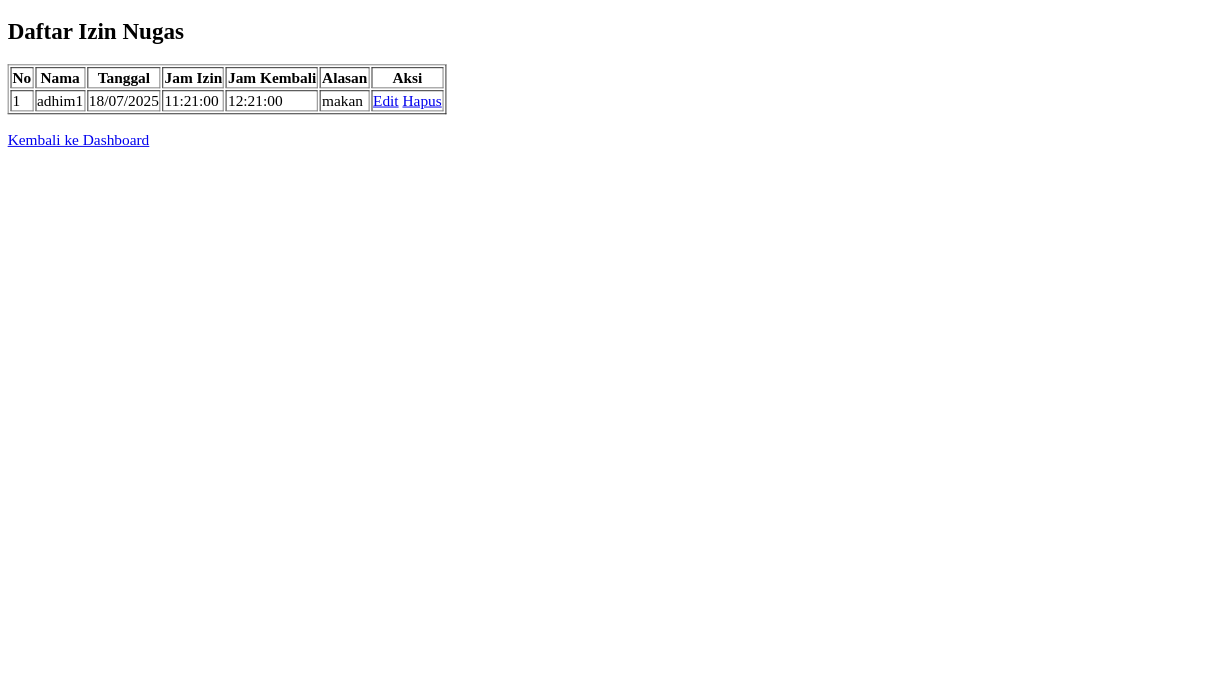
Repository: fatkquladhim/multimedia_app
Page: http://localhost/admin/izin_nugas/izin-nugas.php
An editor plug-in stored every save of this project. The page is shown before and after the next save, followed by the edit.
The browser window is 1280 px wide. The pictures show the whole page, at 96% of full size.
Some web libraries are served in a nearby version. The page is run by PHP 8.4 with error messages shown; the project is at /var/www/html/. The session is filled in as if someone had signed in: {"user_id": 2, "username": "asep", "role": "admin"}. Other server files are loaded and not shown. The database holds what the project's SQL file puts in it.

Above is the page before, as saved 2025-07-18 22:59:17.

### admin/izin_nugas/izin-nugas.php
<?php
session_start();
if (!isset($_SESSION['user_id']) || $_SESSION['role'] !== 'admin') {
    header('Location: ../../auth/login.php');
    exit;
}

require_once '../../includes/db_config.php';
$conn = new mysqli(DB_HOST, DB_USER, DB_PASS, DB_NAME);

// Ambil daftar izin nugas
$query = "SELECT im.*, a.nama
          FROM izin_nugas im
          LEFT JOIN anggota a ON im.id_anggota = a.id
          ORDER BY im.tanggal DESC";
$result = $conn->query($query);
?>

<!DOCTYPE html>
<html>
<head>
    <title>Daftar Izin Nugas</title>
</head>
<body>
    <h2>Daftar Izin Nugas</h2>

    <?php
    if (isset($_GET['status']) && isset($_GET['message'])) {
        echo "<div class='alert'>" . htmlspecialchars($_GET['message']) . "</div>";
    }
    ?>

    <table border="1">
        <thead>
            <tr>
                <th>No</th>
                <th>Nama</th>
                <!-- NIM column removed -->
                <th>Tanggal</th>
                <th>Jam Izin</th>
                <th>Jam Kembali</th>
                <th>Alasan</th>
                <th>Aksi</th>
            </tr>
        </thead>
        <tbody>
            <?php
            $no = 1;
            while($row = $result->fetch_assoc()):
            ?>
            <tr>
                <td><?php echo $no++; ?></td>
                <td><?php echo htmlspecialchars($row['nama']); ?></td>
                <!-- NIM value removed -->
                <td><?php echo date('d/m/Y', strtotime($row['tanggal'])); ?></td>
                <td><?php echo htmlspecialchars($row['jam_izin']); ?></td>
                <td><?php echo htmlspecialchars($row['jam_selesai_izin']); ?></td>
                <td><?php echo htmlspecialchars($row['alasan']); ?></td>
                <td>
                    <a href="izin-nugas-edit.php?id=<?php echo $row['id']; ?>">Edit</a>
                    <a href="izin-nugas-hapus.php?id=<?php echo $row['id']; ?>"
                       onclick="return confirm('Apakah Anda yakin ingin menghapus izin ini?')">Hapus</a>
                </td>
            </tr>
            <?php endwhile; ?>
        </tbody>
    </table>

    <br>
    <a href="../dashboard.php">Kembali ke Dashboard</a>
</body>
</html>

<?php $conn->close(); ?>

### includes/db_config.php
<?php
// Konfigurasi database
define('DB_HOST', 'localhost');
define('DB_USER', 'root'); // ganti jika user database Anda berbeda
define('DB_PASS', '');     // ganti jika ada password database
define('DB_NAME', 'db_multimedia'); // nama database
?>

### db_multimedia (2).sql (the tables this page reads)
CREATE TABLE `anggota` (
  `id` int(11) NOT NULL,
  `nama` varchar(255) NOT NULL,
  `foto` varchar(255) NOT NULL,
  `alamat` text NOT NULL,
  `email` varchar(255) NOT NULL,
  `no_hp` varchar(15) NOT NULL,
  `id_user` int(11) NOT NULL
) ENGINE=InnoDB DEFAULT CHARSET=utf8mb4 COLLATE=utf8mb4_general_ci;

INSERT INTO `anggota` (`id`, `nama`, `foto`, `alamat`, `email`, `no_hp`, `id_user`) VALUES
(21, 'adhim1', 'Feed IG Zapen (Harlah).jpg', 'maloang', 'fatquladhim@gmail.com', '8925489', 21);

ALTER TABLE `anggota`
  ADD PRIMARY KEY (`id`),
  ADD KEY `id_user` (`id_user`);

ALTER TABLE `anggota`
  MODIFY `id` int(11) NOT NULL AUTO_INCREMENT, AUTO_INCREMENT=23;

ALTER TABLE `anggota`
  ADD CONSTRAINT `anggota_ibfk_1` FOREIGN KEY (`id_user`) REFERENCES `users` (`id`) ON DELETE CASCADE;

CREATE TABLE `izin_nugas` (
  `id` int(11) NOT NULL,
  `id_anggota` int(11) DEFAULT NULL,
  `tanggal` date DEFAULT NULL,
  `jam_izin` time DEFAULT NULL,
  `jam_selesai_izin` time DEFAULT NULL,
  `alasan` text DEFAULT NULL
) ENGINE=InnoDB DEFAULT CHARSET=utf8mb4 COLLATE=utf8mb4_general_ci;

INSERT INTO `izin_nugas` (`id`, `id_anggota`, `tanggal`, `jam_izin`, `jam_selesai_izin`, `alasan`) VALUES
(2, 21, '2025-07-18', '11:21:00', '12:21:00', 'makan');

ALTER TABLE `izin_nugas`
  ADD PRIMARY KEY (`id`),
  ADD KEY `id_anggota` (`id_anggota`);

ALTER TABLE `izin_nugas`
  MODIFY `id` int(11) NOT NULL AUTO_INCREMENT, AUTO_INCREMENT=4;

ALTER TABLE `izin_nugas`
  ADD CONSTRAINT `izin_nugas_ibfk_1` FOREIGN KEY (`id_anggota`) REFERENCES `anggota` (`id`);

### admin/header.php
    <?php
    // includes/header.php
    // Pastikan session sudah dimulai di file yang meng-include ini
    ?>
    <!DOCTYPE html>
    <html lang="en">
    <head>
        <meta charset="UTF-8">
        <meta name="viewport" content="width=device-width, initial-scale=1.0">
        <title>Admin Dashboard</title> <!-- Sesuaikan judul per halaman -->
        <script src="https://cdn.tailwindcss.com"></script>
        <link href="https://cdnjs.cloudflare.com/ajax/libs/font-awesome/6.0.0/css/all.min.css" rel="stylesheet">
        <script>
            tailwind.config = {
                darkMode: 'class',
                theme: {
                    extend: {
                        colors: {
                            'light-blue': {
                                50: '#f0f9ff',
                                100: '#e0f2fe',
                                200: '#bae6fd',
                                300: '#7dd3fc',
                                400: '#38bdf8',
                                500: '#0ea5e9',
                                600: '#0284c7',
                                700: '#0369a1',
                                800: '#075985',
                                900: '#0c4a6e'
                            }
                        }
                    }
                }
            }
        </script>
        <style>
            /* Styles from dashboard.php */
            .sidebar {
                transition: all 0.4s cubic-bezier(0.4, 0, 0.2, 1);
            }
            .main-content-area {
                transition: all 0.4s cubic-bezier(0.4, 0, 0.2, 1);
            }
            .sidebar-nav-item {
                transition: all 0.3s ease-in-out;
            }
            .dark-mode-transition {
                transition: background-color 0.3s ease, color 0.3s ease;
            }
            .gradient-bg {
                background: linear-gradient(135deg, #e0f2fe 0%, #bae6fd 100%);
            }
            .dark .gradient-bg {
                background: linear-gradient(135deg, #1e293b 0%, #334155 100%);
            }
            .glass-effect {
                backdrop-filter: blur(10px);
                background: rgba(255, 255, 255, 0.9);
            }
            .dark .glass-effect {
                background: rgba(30, 41, 59, 0.9);
            }
            .hover-scale {
                transition: transform 0.2s ease;
            }
            .hover-scale:hover {
                transform: scale(1.02);
            }
            .animate-fade-in {
                animation: fadeIn 0.5s ease-in-out;
            }
            @keyframes fadeIn {
                from {
                    opacity: 0;
                    transform: translateY(10px);
                }
                to {
                    opacity: 1;
                    transform: translateY(0);
                }
            }
            .mobile-menu {
                transform: translateX(-100%);
                transition: transform 0.3s ease;
            }
            .mobile-menu.active {
                transform: translateX(0);
            }
            @media (max-width: 768px) {
                .sidebar {
                    position: fixed;
                    top: 0;
                    left: 0;
                    height: 100vh;
                    z-index: 50;
                    transform: translateX(-100%);
                }
                .sidebar.active {
                    transform: translateX(0);
                }
                .sidebar-overlay {
                    position: fixed;
                    top: 0;
                    left: 0;
                    width: 100%;
                    height: 100%;
                    background: rgba(0, 0, 0, 0.5);
                    z-index: 40;
                    opacity: 0;
                    visibility: hidden;
                    transition: all 0.3s ease;
                }
                .sidebar-overlay.active {
                    opacity: 1;
                    visibility: visible;
                }
            }
            /* Specific styles for forms/tables if needed */
            table { width: 100%; border-collapse: collapse; margin-top: 20px; }
            th, td { padding: 8px; border: 1px solid #ddd; text-align: left; }
            th { background-color: #f2f2f2; }
            .alert { padding: 10px; margin-bottom: 15px; border-radius: 4px; }
            .alert-success { background-color: #d4edda; color: #155724; border: 1px solid #c3e6cb; }
            .alert-error, .alert-danger { background-color: #f8d7da; color: #721c24; border: 1px solid #f5c6cb; }
            .form-group { margin-bottom: 10px; }
            input[type="text"], input[type="email"], input[type="password"], input[type="number"], input[type="date"], input[type="time"], select, textarea {
                width: 100%; max-width: 300px; padding: 8px; border: 1px solid #ccc; border-radius: 4px; box-sizing: border-box;
            }
            button { padding: 10px 15px; background-color: #0ea5e9; color: white; border: none; border-radius: 4px; cursor: pointer; }
            button:hover { background-color: #0284c7; }
            a { text-decoration: none; color: #007bff; }
            a:hover { text-decoration: underline; }
        </style>
    </head>
    <body class="gradient-bg dark-mode-transition">
        <div id="sidebarOverlay" class="sidebar-overlay md:hidden"></div>
        <div class="min-h-screen flex">
            <!-- Sidebar -->
            <?php include 'sidebar.php'; ?>
            <!-- Main Content Area -->
            <div id="mainContentArea" class="flex-1 flex flex-col main-content-area">
                <!-- Header -->
                <header class="bg-white dark:bg-slate-800 shadow-sm p-4 md:p-6 glass-effect">
                    <div class="flex items-center justify-between">
                        <div class="flex items-center space-x-4">
                            <button id="mobileMenuToggle" class="md:hidden p-2 text-gray-600 dark:text-gray-300 hover:text-gray-800 dark:hover:text-white focus:outline-none">
                                <i class="fas fa-bars text-xl"></i>
                            </button>
                            <button id="sidebarToggle" class="hidden md:block p-2 text-gray-600 dark:text-gray-300 hover:text-gray-800 dark:hover:text-white focus:outline-none">
                                <i class="fas fa-bars text-xl"></i>
                            </button>
                            <div class="hidden md:block">
                                <h1 class="text-xl md:text-2xl font-bold text-gray-800 dark:text-white">
                                    <?php echo basename($_SERVER['PHP_SELF'], '.php'); ?> <!-- Dynamic title -->
                                </h1>
                            </div>
                        </div>
                        <div class="flex items-center space-x-2 md:space-x-4">
                            <button id="darkModeToggle" class="p-2 text-gray-600 dark:text-gray-300 hover:text-gray-800 dark:hover:text-white focus:outline-none">
                                <i class="fas fa-moon text-xl dark:hidden"></i>
                                <i class="fas fa-sun text-xl hidden dark:block"></i>
                            </button>
                            <button class="p-2 text-gray-600 dark:text-gray-300 hover:text-gray-800 dark:hover:text-white">
                                <i class="fas fa-bell text-xl"></i>
                            </button>
                            <div class="w-8 h-8 md:w-10 md:h-10 bg-light-blue-300 rounded-full overflow-hidden">
                                <img src="https://via.placeholder.com/40x40" alt="Profile" class="w-full h-full object-cover">
                            </div>
                        </div>
                    </div>
                </header>
                <main class="flex-1 p-4 md:p-6">

### admin/sidebar.php
    <?php
    // includes/sidebar.php
    // Pastikan session sudah dimulai di file yang meng-include ini
    // if (!isset($_SESSION['user_id']) || $_SESSION['role'] !== 'admin') {
    //     header('Location: ../auth/login.php');
    //     exit;
    // }
    ?>
    <div id="sidebar" class="w-64 bg-white dark:bg-slate-800 shadow-xl flex-shrink-0 sidebar transition-all duration-300 overflow-hidden glass-effect">
        <div class="p-4 flex items-center justify-between border-b border-light-blue-100 dark:border-slate-700">
            <div class="flex items-center space-x-3">
                <div class="w-10 h-10 bg-light-blue-500 rounded-lg flex items-center justify-center">
                    <i class="fas fa-home text-white text-xl"></i>
                </div>
                <h1 class="text-xl font-bold text-gray-800 dark:text-white">Multimedia</h1>
            </div>
            <button id="closeSidebar" class="md:hidden p-2 text-gray-500 hover:text-gray-700 dark:text-gray-400 dark:hover:text-gray-200">
                <i class="fas fa-times"></i>
            </button>
        </div>

        <nav class="mt-6 px-4">
            <div class="space-y-2">
                <a href="../dashboard.php" class="flex items-center px-4 py-3 text-light-blue-600 bg-light-blue-50 dark:bg-light-blue-900 dark:text-light-blue-300 rounded-lg sidebar-nav-item hover-scale">
                    <i class="fas fa-tachometer-alt w-5 h-5 mr-3"></i>
                    <span class="font-medium">Dashboard</span>
                </a>

                <a href="../anggota/anggota.php" class="flex items-center px-4 py-3 text-gray-600 dark:text-gray-300 hover:text-light-blue-600 dark:hover:text-light-blue-400 hover:bg-light-blue-50 dark:hover:bg-slate-700 rounded-lg sidebar-nav-item hover-scale">
                    <i class="fas fa-users w-5 h-5 mr-3"></i>
                    <span class="font-medium">Manajemen Anggota</span>
                </a>

                <a href="../daftar alat/daftar-alat.php" class="flex items-center px-4 py-3 text-gray-600 dark:text-gray-300 hover:text-light-blue-600 dark:hover:text-light-blue-400 hover:bg-light-blue-50 dark:hover:bg-slate-700 rounded-lg sidebar-nav-item hover-scale">
                    <i class="fas fa-tools w-5 h-5 mr-3"></i>
                    <span class="font-medium">Manajemen Alat</span>
                </a>

                <a href="../peminjaman/peminjaman-barang.php" class="flex items-center px-4 py-3 text-gray-600 dark:text-gray-300 hover:text-light-blue-600 dark:hover:text-light-blue-400 hover:bg-light-blue-50 dark:hover:bg-slate-700 rounded-lg sidebar-nav-item hover-scale">
                    <i class="fas fa-handshake w-5 h-5 mr-3"></i>
                    <span class="font-medium">Peminjaman Barang</span>
                </a>

                <a href="../penyewaan/penyewaan-barang.php" class="flex items-center px-4 py-3 text-gray-600 dark:text-gray-300 hover:text-light-blue-600 dark:hover:text-light-blue-400 hover:bg-light-blue-50 dark:hover:bg-slate-700 rounded-lg sidebar-nav-item hover-scale">
                    <i class="fas fa-cash-register w-5 h-5 mr-3"></i>
                    <span class="font-medium">Penyewaan Barang</span>
                </a>

                <a href="../legalisasi laptop/legalisasi_list.php" class="flex items-center px-4 py-3 text-gray-600 dark:text-gray-300 hover:text-light-blue-600 dark:hover:text-light-blue-400 hover:bg-light-blue-50 dark:hover:bg-slate-700 rounded-lg sidebar-nav-item hover-scale">
                    <i class="fas fa-laptop w-5 h-5 mr-3"></i>
                    <span class="font-medium">Legalisasi Laptop</span>
                </a>
            </div>

            <div class="mt-8 mb-4">
                <h3 class="px-4 text-xs font-semibold text-gray-500 dark:text-gray-400 uppercase tracking-wider">
                    Tugas & Izin
                </h3>
            </div>

            <div class="space-y-2">
                <a href="../beri tugas/beri_tugas_form.php" class="flex items-center px-4 py-3 text-gray-600 dark:text-gray-300 hover:text-light-blue-600 dark:hover:text-light-blue-400 hover:bg-light-blue-50 dark:hover:bg-slate-700 rounded-lg sidebar-nav-item hover-scale">
                    <i class="fas fa-clipboard-list w-5 h-5 mr-3"></i>
                    <span class="font-medium">Beri Tugas</span>
                </a>

                <a href="../beri tugas/tugas_selesai_riwayat.php" class="flex items-center px-4 py-3 text-gray-600 dark:text-gray-300 hover:text-light-blue-600 dark:hover:text-light-blue-400 hover:bg-light-blue-50 dark:hover:bg-slate-700 rounded-lg sidebar-nav-item hover-scale">
                    <i class="fas fa-check-double w-5 h-5 mr-3"></i>
                    <span class="font-medium">Riwayat Tugas</span>
                </a>

                <a href="../izin_malam/izin-malam.php" class="flex items-center px-4 py-3 text-gray-600 dark:text-gray-300 hover:text-light-blue-600 dark:hover:text-light-blue-400 hover:bg-light-blue-50 dark:hover:bg-slate-700 rounded-lg sidebar-nav-item hover-scale">
                    <i class="fas fa-moon w-5 h-5 mr-3"></i>
                    <span class="font-medium">Izin Malam</span>
                </a>

                <a href="../izin_nugas/izin-nugas.php" class="flex items-center px-4 py-3 text-gray-600 dark:text-gray-300 hover:text-light-blue-600 dark:hover:text-light-blue-400 hover:bg-light-blue-50 dark:hover:bg-slate-700 rounded-lg sidebar-nav-item hover-scale">
                    <i class="fas fa-book-open w-5 h-5 mr-3"></i>
                    <span class="font-medium">Izin Nugas</span>
                </a>
            </div>

            <div class="mt-8 mb-4">
                <h3 class="px-4 text-xs font-semibold text-gray-500 dark:text-gray-400 uppercase tracking-wider">
                    Keuangan
                </h3>
            </div>

            <div class="space-y-2">
                <a href="../uang masuk/masuk.php" class="flex items-center px-4 py-3 text-gray-600 dark:text-gray-300 hover:text-light-blue-600 dark:hover:text-light-blue-400 hover:bg-light-blue-50 dark:hover:bg-slate-700 rounded-lg sidebar-nav-item hover-scale">
                    <i class="fas fa-money-bill-alt w-5 h-5 mr-3"></i>
                    <span class="font-medium">Uang Masuk</span>
                </a>

                <a href="../uang keluar/keluar.php" class="flex items-center px-4 py-3 text-gray-600 dark:text-gray-300 hover:text-light-blue-600 dark:hover:text-light-blue-400 hover:bg-light-blue-50 dark:hover:bg-slate-700 rounded-lg sidebar-nav-item hover-scale">
                    <i class="fas fa-money-bill-wave w-5 h-5 mr-3"></i>
                    <span class="font-medium">Uang Keluar</span>
                </a>
            </div>

            <div class="mt-8 mb-4">
                <h3 class="px-4 text-xs font-semibold text-gray-500 dark:text-gray-400 uppercase tracking-wider">
                    Akun
                </h3>
            </div>

            <div class="space-y-2">
                <a href="../auth/logout.php" class="flex items-center px-4 py-3 text-red-600 dark:text-red-400 hover:text-red-700 dark:hover:text-red-300 hover:bg-red-50 dark:hover:bg-red-900 rounded-lg sidebar-nav-item hover-scale">
                    <i class="fas fa-sign-out-alt w-5 h-5 mr-3"></i>
                    <span class="font-medium">Logout</span>
                </a>
            </div>
        </nav>
    </div>

After the next save:
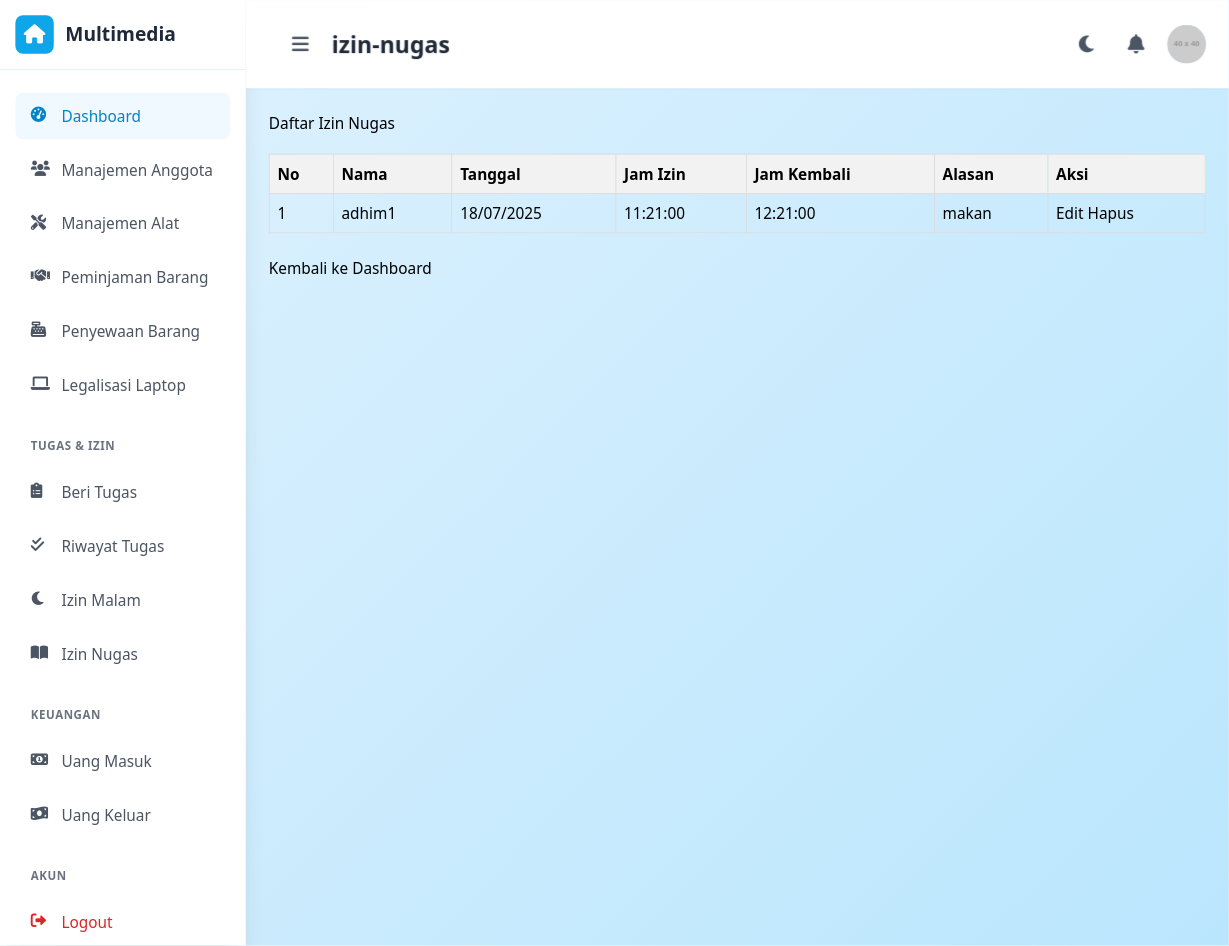
Saved 13 s later.
--- a/admin/izin_nugas/izin-nugas.php
+++ b/admin/izin_nugas/izin-nugas.php
@@ -14,14 +14,9 @@ $query = "SELECT im.*, a.nama
           LEFT JOIN anggota a ON im.id_anggota = a.id
           ORDER BY im.tanggal DESC";
 $result = $conn->query($query);
+include '../header.php'; // Path relatif dari 'anggota/'
 ?>
 
-<!DOCTYPE html>
-<html>
-<head>
-    <title>Daftar Izin Nugas</title>
-</head>
-<body>
     <h2>Daftar Izin Nugas</h2>
 
     <?php
